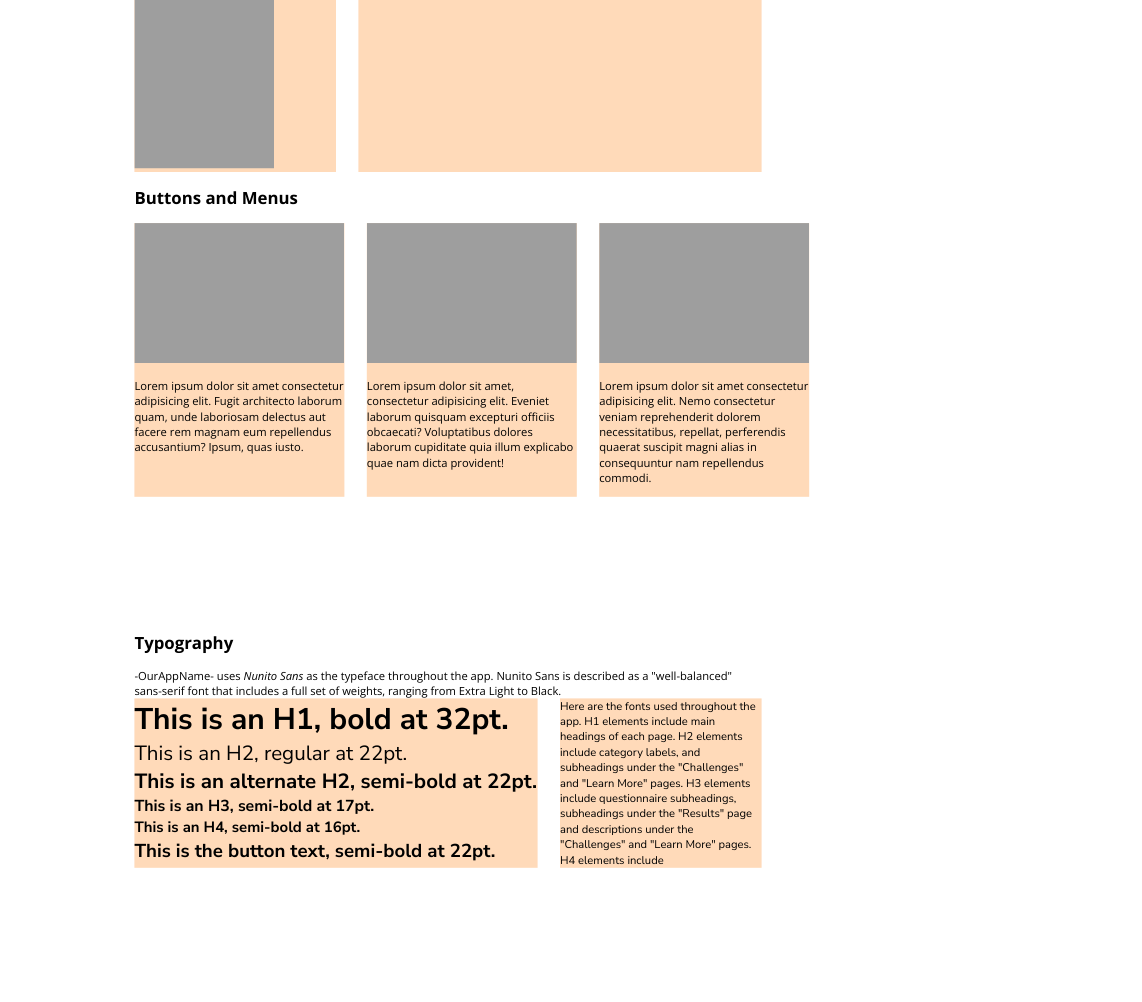
Repository: seohyun9672/Timearth-A6Styleguide
Page: page2.html
These files come from the project's save history. The page is drawn as it stood at one moment and after the next save; the edit follows.
The browser window is 1280 px wide. The page is 1632 px wide, so the pictures cover 1632 px, including what lies to the right of the window. The pictures show the part of the page from y = 914 to 2434 px (the page is 2346 px tall before and 2434 px after), at 70% of full size.
Pictures or frames that could not be fetched are drawn as grey boxes.

Above is the page before, as saved 2022-03-20 20:01:12.

After the next save:
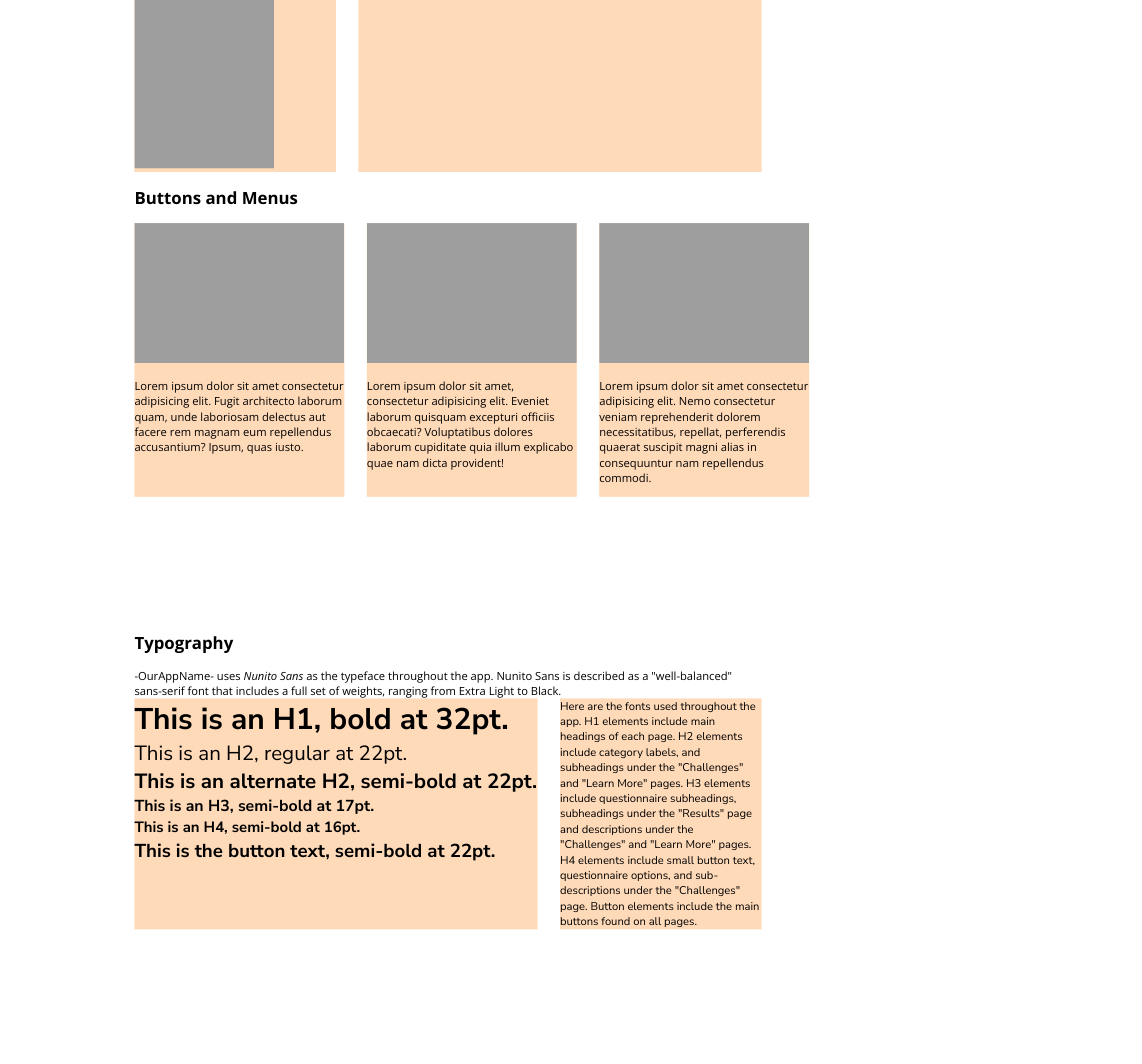
Saved 94 s later.
--- a/page2.html
+++ b/page2.html
@@ -93,7 +93,8 @@
           H1 elements include main headings of each page.
           H2 elements include category labels, and subheadings under the "Challenges" and "Learn More" pages.
           H3 elements include questionnaire subheadings, subheadings under the "Results" page and descriptions under the "Challenges" and "Learn More" pages.
-          H4 elements include
+          H4 elements include small button text, questionnaire options, and sub-descriptions under the "Challenges" page.
+          Button elements include the main buttons found on all pages.
         </div>
       </div>
     </section>
